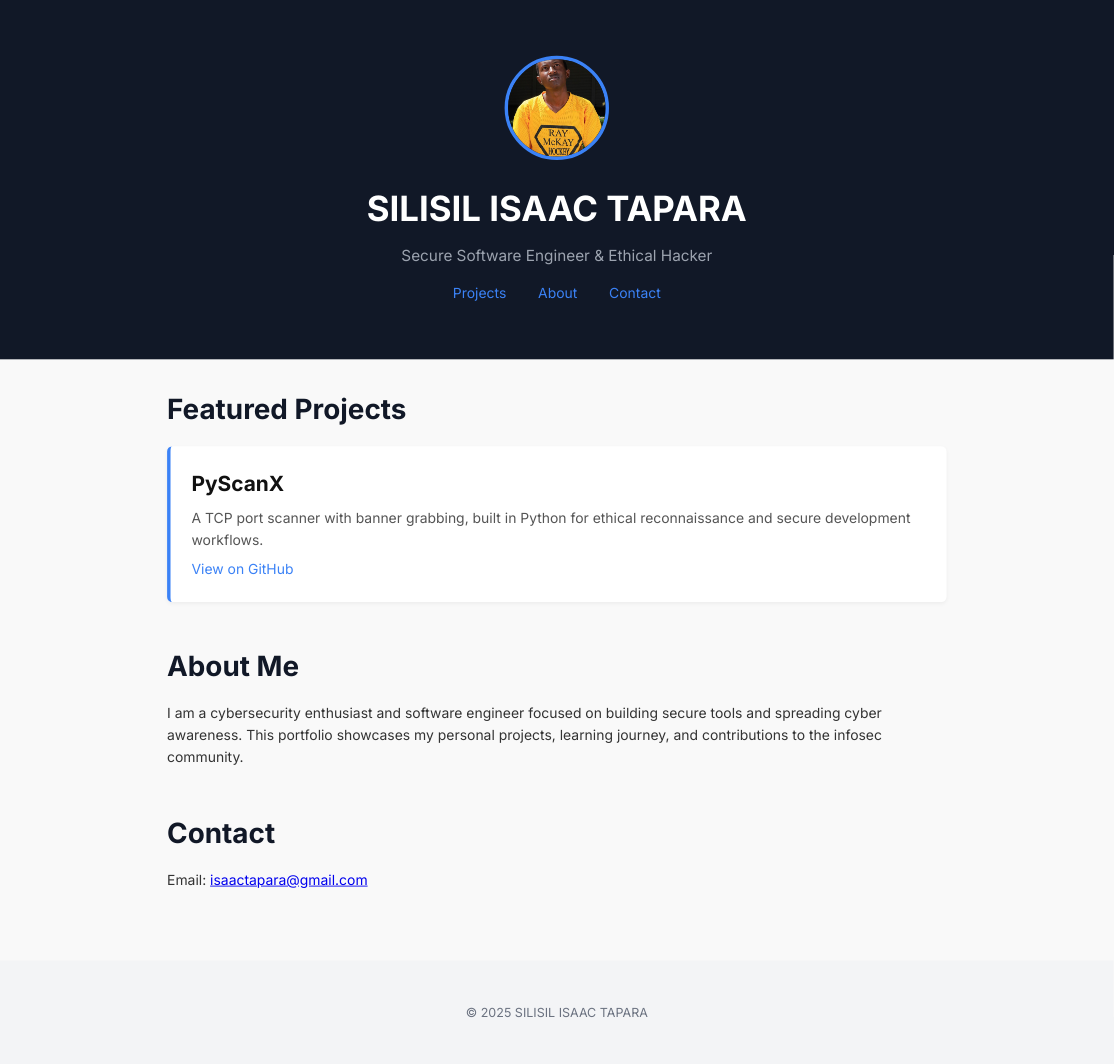
Repository: isaactapara/isaactapara.github.io
Page: index.html
An editor plug-in stored every save of this project. The page is shown before and after the next save, followed by the edit.
The browser window is 1280 px wide. The pictures show the whole page, at 87% of full size.
Some web libraries are served in a nearby version.

Above is the page before, as saved 2025-07-17 10:24:41.

### index.html
<!DOCTYPE html>
<html lang="en">
<head>
  <meta charset="UTF-8" />
  <meta name="viewport" content="width=device-width, initial-scale=1.0"/>
  <title>SILISIL ISAAC TAPARA | Cybersecurity Portfolio</title>
  <link rel="stylesheet" href="style.css" />
  <link href="https://fonts.googleapis.com/css2?family=Inter:wght@400;600;700&display=swap" rel="stylesheet" />
</head>
<body>
  <header>
    <div class="container text-center">
      <img src="assets/isaac.jpg" alt="Profile Photo" class="profile-photo" />
      <h1>SILISIL ISAAC TAPARA</h1>
      <p class="subtitle">Secure Software Engineer & Ethical Hacker</p>
      <nav>
        <a href="#projects">Projects</a>
        <a href="#about">About</a>
        <a href="#contact">Contact</a>
      </nav>
    </div>
  </header>

  <main class="container">
    <section id="projects">
      <h2>Featured Projects</h2>

      <div class="project-card">
        <h3>PyScanX</h3>
        <p>A TCP port scanner with banner grabbing, built in Python for ethical reconnaissance and secure development workflows.</p>
        <a href="https://github.com/isaactapara/PyScanx" target="_blank">View on GitHub</a>
      </div>

    </section>

    <section id="about">
      <h2>About Me</h2>
      <p>I am a cybersecurity enthusiast and software engineer focused on building secure tools and spreading cyber awareness. This portfolio showcases my personal projects, learning journey, and contributions to the infosec community.</p>
    </section>

    <section id="contact">
      <h2>Contact</h2>
      <p>Email: <a href="mailto:isaactapara@gmail.com">isaactapara@gmail.com</a></p>
    </section>
  </main>

  <footer>
    <div class="container">
      <p>&copy; 2025 SILISIL ISAAC TAPARA</p>
    </div>
  </footer>
</body>
</html>

### style.css
* {
  box-sizing: border-box;
  margin: 0;
  padding: 0;
}

body {
  font-family: 'Inter', sans-serif;
  background: #f9f9f9;
  color: #333;
  line-height: 1.6;
}

.container {
  max-width: 960px;
  margin: 0 auto;
  padding: 2rem;
}

header {
  background: #111827;
  color: white;
  padding: 2rem 0;
  text-align: center;
}

header h1 {
  font-size: 2.5rem;
  margin-bottom: 0.5rem;
}

.subtitle {
  font-size: 1.1rem;
  color: #9ca3af;
}

nav {
  margin-top: 1rem;
}

nav a {
  margin: 0 1rem;
  color: #3b82f6;
  text-decoration: none;
  font-weight: 500;
}

nav a:hover {
  text-decoration: underline;
}

main section {
  margin-bottom: 3rem;
}

h2 {
  font-size: 2rem;
  color: #111827;
  margin-bottom: 1rem;
}

.project-card {
  background: white;
  padding: 1.5rem;
  border-left: 4px solid #3b82f6;
  box-shadow: 0 2px 5px rgba(0,0,0,0.05);
  margin-bottom: 1.5rem;
  border-radius: 6px;
}

.project-card h3 {
  font-size: 1.5rem;
  color: #111;
  margin-bottom: 0.5rem;
}

.project-card p {
  color: #555;
  margin-bottom: 0.5rem;
}

.project-card a {
  color: #3b82f6;
  font-weight: 500;
  text-decoration: none;
}

.project-card a:hover {
  text-decoration: underline;
}

footer {
  background: #f3f4f6;
  text-align: center;
  padding: 1rem;
  font-size: 0.9rem;
  color: #6b7280;
}

.profile-photo {
  width: 120px;
  height: 120px;
  border-radius: 50%;
  object-fit: cover;
  margin-bottom: 1rem;
  border: 4px solid #3b82f6;
}

After the next save:
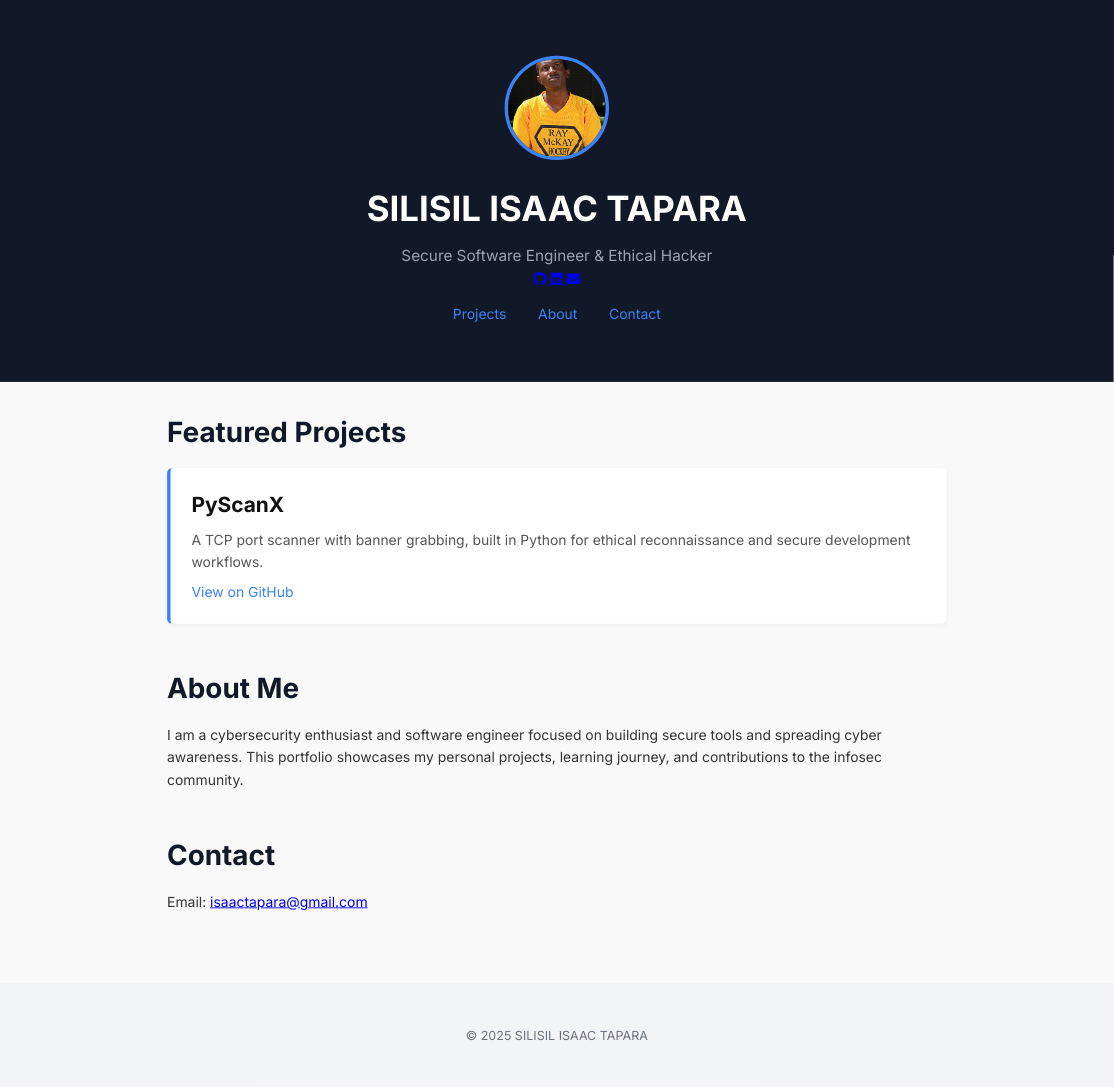
Saved 6 min 7 s later.
--- a/index.html
+++ b/index.html
@@ -6,6 +6,7 @@
   <title>SILISIL ISAAC TAPARA | Cybersecurity Portfolio</title>
   <link rel="stylesheet" href="style.css" />
   <link href="https://fonts.googleapis.com/css2?family=Inter:wght@400;600;700&display=swap" rel="stylesheet" />
+  <script src="https://kit.fontawesome.com/a076d05399.js" crossorigin="anonymous"></script>
 </head>
 <body>
   <header>
@@ -13,6 +14,19 @@
       <img src="assets/isaac.jpg" alt="Profile Photo" class="profile-photo" />
       <h1>SILISIL ISAAC TAPARA</h1>
       <p class="subtitle">Secure Software Engineer & Ethical Hacker</p>
+
+      <div class="social-icons">
+        <a href="https://github.com/isaactapara" target="_blank" aria-label="GitHub">
+          <i class="fab fa-github"></i>
+        </a>
+        <a href="https://linkedin.com/in/isaactapara" target="_blank" aria-label="LinkedIn">
+          <i class="fab fa-linkedin"></i>
+        </a>
+        <a href="mailto:isaactapara@gmail.com" aria-label="Email">
+          <i class="fas fa-envelope"></i>
+        </a>
+      </div>
+
       <nav>
         <a href="#projects">Projects</a>
         <a href="#about">About</a>
@@ -24,13 +38,11 @@
   <main class="container">
     <section id="projects">
       <h2>Featured Projects</h2>
-
       <div class="project-card">
         <h3>PyScanX</h3>
         <p>A TCP port scanner with banner grabbing, built in Python for ethical reconnaissance and secure development workflows.</p>
         <a href="https://github.com/isaactapara/PyScanx" target="_blank">View on GitHub</a>
       </div>
-
     </section>
 
     <section id="about">
